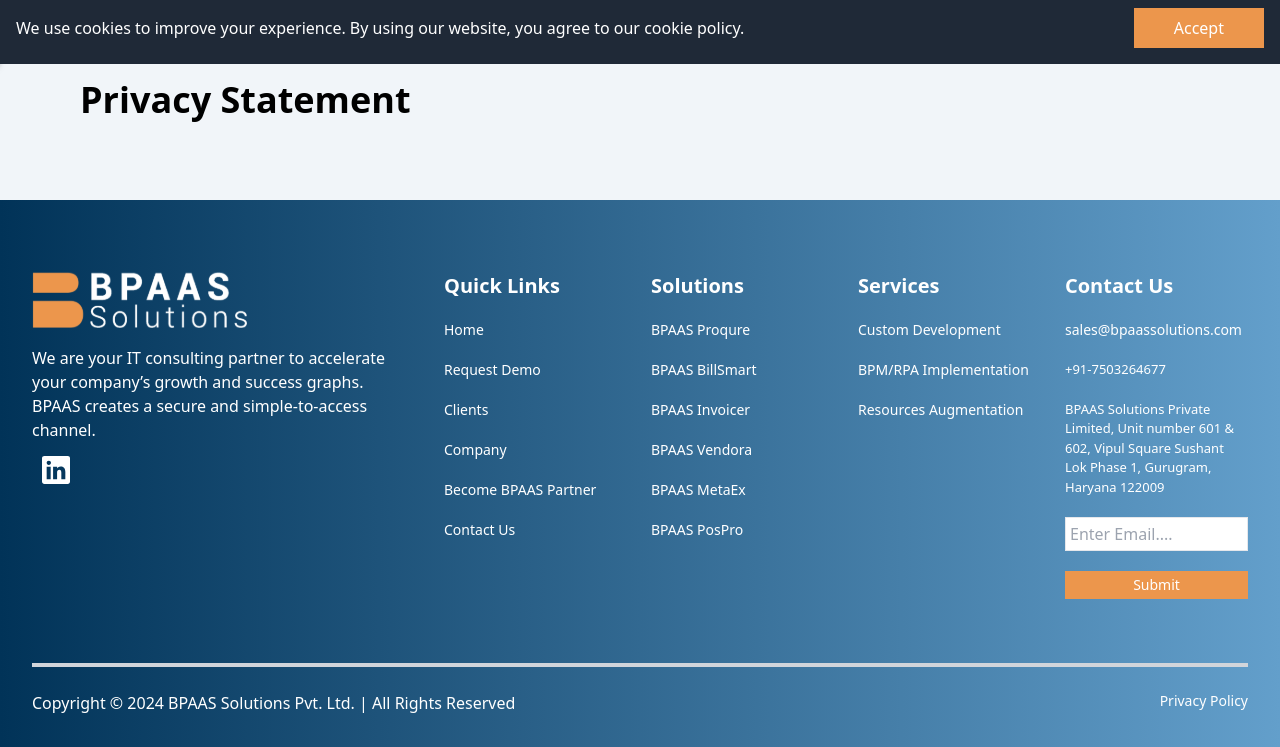
Repository: captainalpha/BP-Website
Page: /services/bp-services
The author's editor kept a copy of each file at every save. The page is drawn from the files as they stood at one save, then again after the next save.
The browser window is 1280 px wide. The pictures show the part of the page from y = 656 to 1403 px (the page is 1403 px tall).
The project was rebuilt for these pictures with package versions that can differ from the ones it lists, and the page was loaded fresh each time. The framework's server and built-in components were replaced by stand-ins that run in the browser. Also part of the build but not shown: next.config.js, components/common/TopBanner.js, components/common/SectionHeader.js.

Above is the page before, as saved 2024-08-13 15:02:39.

### pages/_app.js
import Navbar from "../components/common/Navbar";
import "../styles/globals.css";
import Footer from "../components/common/Footer";

import "swiper/css";
import "swiper/css/navigation";
import "swiper/css/pagination";



import { motion, AnimatePresence } from "framer-motion";
import CookiesMain from "../components/common/CookiesMain";

// import styles from './slider.module.scss'
function MyApp({ Component, pageProps, router }) {
  const spring = {
    type: "spring",
    damping: 20,
    stiffness: 100,
    when: "afterChildren",
  };
  return (
    <>
      <div className="z-50 scroll-smooth">
        <Navbar />
      </div>
      <AnimatePresence>
        <div className="page-transition-wrapper">
          <motion.div
            transition={spring}
            key={router.pathname}
            initial={{ y: -300, opacity: 0 }}
            animate={{ y: 0, opacity: 1 }}
            exit={{ y: 300, opacity: 0 }}
            id="page-transition-container"
          >
            <Component {...pageProps} /> <Footer />{" "}
            <CookiesMain/>
          </motion.div>
        </div>
      </AnimatePresence>
    </>
  );
}

export default MyApp;

### pages/services/bp-services.js
import TopBanner from "../../components/common/TopBanner";
import SectionHeader from "../../components/common/SectionHeader";
import TopBanner2 from "../../components/common/TopBanner2";
import Image from "next/image";

function BpServices() {
  return (
    <div>
      <div className="relative">
        <TopBanner2
          image={"/images/policy-service2.jpg"}
          title="Privacy Policy"
          discription="This Privacy Policy explains how we collect, use, disclose, and safeguard your information when you visit our website."
          btnShow={false}
        />
        <div className="absolute top-[1em] right-[10em]">
          <Image
            src="/images/privacypolicy2.png"
            className="w-1/2 mx-auto"
            width="500"
            height="500"
            alt="customer-developement"
          />
        </div>
      </div>


      <div className=" bg-slate-100  p-[5em]">
        <div className="container mx-auto">
         <div className="text-left">
            <h1 className="lg:text-4xl text-3xl font-bold capitalize ">Privacy Statement</h1>
         </div>
        </div>
      </div>
    </div>
  );
}

export default BpServices;

### styles/globals.css
@tailwind base;
@tailwind components;
@tailwind utilities;

.mySwiper {
  padding: 0 3rem;
}
.swiper-button-next {
  color: white;
  font-size: 20px !important;
}
.swiper-button-prev {
  color: white;
  font-size: 20px !important;
}
.swiper-button-prev:after {
  color: white;
  font-size: 20px !important;
}
.swiper-button-next:after {
  color: white;
  font-size: 20px !important;
}
.container-bpaas{
  max-width: 1100px;
}

/* .swiper-button-prev {

  background-image: url("data:[embedded picture, 251 characters]");
} */
.swiper-button-prev:after {

  border: 2px solid white;
  border-radius: 30%;
  /* width: 25%; */
  background: #ec964c;
  padding: 20%;
}
/* .swiper-button-next {
  background-image: url("data:[embedded picture, 251 characters]");
} */
.swiper-button-next:after {

  border: 2px solid white;
  border-radius: 30%;
  /* width: 25%; */
  background: #ec964c;
  padding: 20%;
}

@media only screen and (max-width: 600px) {
  .swiper-button-next:after {
    display: none;
  }
}
@media only screen and (max-width: 600px) {
  .swiper-button-prev:after {
    display: none;
  }
}




/*OEM Modal */
@layer utilities {
  @keyframes modalOpen {
    0% {
      clip-path: polygon(0 0, 0 0, 0 100%, 0 100%);
      opacity: 0;
    }
    100% {
      clip-path: polygon(0 0, 100% 0, 100% 100%, 0 100%);
      opacity: 1;
    }
  }

  @keyframes modalClose {
    0% {
      clip-path: polygon(0 0, 100% 0, 100% 100%, 0 100%);
      opacity: 1;
    }
    100% {
      clip-path: polygon(50% 0, 50% 0, 50% 100%, 50% 100%);
      opacity: 0;
    }
  }

  .animate-modalOpen {
    animation: modalOpen 0.5s forwards;
  }

  .animate-modalClose {
    animation: modalClose 0.5s forwards;
  }

  .custom-aspect-ratio {
    box-shadow: rgba(149, 157, 165, 0.2) 0px 8px 24px;
    aspect-ratio: 3 / 2;
  }
}

### components/common/Footer.js
import Image from "next/image";
import Link from "next/link";

export default function Footer() {
  return (
    <footer className=" bg-gradient-to-r from-primary to-secondary text-white p-5 md:p-8">
      <div className="  py-10 ">
        <div className="lg:grid lg:grid-cols-9 gap-5">
          <div className="w-full  lg:col-span-3">
            <div className=" space-y-3">
              <div className="">
                <Image
                  alt=""
                  src={require("../../assets/bpass-logo-white.svg")}
                />
              </div>

              <p className="max-w-sm mt-4 ">
                We are your IT consulting partner to accelerate your company’s
                growth and success graphs. BPAAS creates a secure and
                simple-to-access channel.
              </p>

              <div className="flex mt-4 ">
                <a
                  href="https://www.linkedin.com/company/bpaas-solutions-pvt-ltd/"
                  className="mx-2 "
                  aria-label="Linkden"
                >
                  <svg className="w-8 h-8 fill-current" viewBox="0 0 512 512">
                    <path d="M444.17,32H70.28C49.85,32,32,46.7,32,66.89V441.61C32,461.91,49.85,480,70.28,480H444.06C464.6,480,480,461.79,480,441.61V66.89C480.12,46.7,464.6,32,444.17,32ZM170.87,405.43H106.69V205.88h64.18ZM141,175.54h-.46c-20.54,0-33.84-15.29-33.84-34.43,0-19.49,13.65-34.42,34.65-34.42s33.85,14.82,34.31,34.42C175.65,160.25,162.35,175.54,141,175.54ZM405.43,405.43H341.25V296.32c0-26.14-9.34-44-32.56-44-17.74,0-28.24,12-32.91,23.69-1.75,4.2-2.22,9.92-2.22,15.76V405.43H209.38V205.88h64.18v27.77c9.34-13.3,23.93-32.44,57.88-32.44,42.13,0,74,27.77,74,87.64Z" />
                  </svg>
                </a>

                {/* <a href="/contact-us" className="mx-2 " aria-label="Facebook">
                  <svg className="w-4 h-4 fill-current" viewBox="0 0 512 512">
                    <path d="M455.27,32H56.73A24.74,24.74,0,0,0,32,56.73V455.27A24.74,24.74,0,0,0,56.73,480H256V304H202.45V240H256V189c0-57.86,40.13-89.36,91.82-89.36,24.73,0,51.33,1.86,57.51,2.68v60.43H364.15c-28.12,0-33.48,13.3-33.48,32.9V240h67l-8.75,64H330.67V480h124.6A24.74,24.74,0,0,0,480,455.27V56.73A24.74,24.74,0,0,0,455.27,32Z" />
                  </svg>
                </a>

                <a href="/contact-us" className="mx-2 " aria-label="Twitter">
                  <svg className="w-4 h-4 fill-current" viewBox="0 0 512 512">
                    <path d="M496,109.5a201.8,201.8,0,0,1-56.55,15.3,97.51,97.51,0,0,0,43.33-53.6,197.74,197.74,0,0,1-62.56,23.5A99.14,99.14,0,0,0,348.31,64c-54.42,0-98.46,43.4-98.46,96.9a93.21,93.21,0,0,0,2.54,22.1,280.7,280.7,0,0,1-203-101.3A95.69,95.69,0,0,0,36,130.4C36,164,53.53,193.7,80,211.1A97.5,97.5,0,0,1,35.22,199v1.2c0,47,34,86.1,79,95a100.76,100.76,0,0,1-25.94,3.4,94.38,94.38,0,0,1-18.51-1.8c12.51,38.5,48.92,66.5,92.05,67.3A199.59,199.59,0,0,1,39.5,405.6,203,203,0,0,1,16,404.2,278.68,278.68,0,0,0,166.74,448c181.36,0,280.44-147.7,280.44-275.8,0-4.2-.11-8.4-.31-12.5A198.48,198.48,0,0,0,496,109.5Z" />
                  </svg>
                </a> */}
              </div>
            </div>
          </div>

          <div className="mt-6 lg:mt-0 lg:flex-1 lg:col-span-6">
            <div className="grid grid-cols-2 gap-6 sm:grid-cols-3 md:grid-cols-4">
              <div className="space-y-5">
                <h3 className="text-xl font-bold ">Quick Links</h3>
                <Link passHref href="/">
                  <a className="block  text-sm  hover:underline hover:text-orange">
                    Home
                  </a>
                </Link>

                <Link passHref href="/request-demo">
                  <a className="block  text-sm  hover:underline hover:text-orange">
                    Request Demo
                  </a>
                </Link>
                <Link passHref href="/clients">
                  <a className="block  text-sm  hover:underline hover:text-orange">
                    Clients
                  </a>
                </Link>
                <Link passHref href="/about-us">
                  <a className="block  text-sm  hover:underline hover:text-orange">
                    Company
                  </a>
                </Link>
                <Link passHref href="/become-partner">
                  <a className="block  text-sm  hover:underline hover:text-orange">
                    Become BPAAS Partner
                  </a>
                </Link>
                <Link passHref href="/contact-us">
                  <a className="block  text-sm  hover:underline hover:text-orange">
                    Contact Us
                  </a>
                </Link>
              </div>

              <div className="space-y-5">
                <h3 className="text-xl font-bold">Solutions</h3>
                <Link passHref href="/solutions/bpaas-proqure">
                  <a className="block  text-sm  hover:underline hover:text-orange">
                    BPAAS Proqure
                  </a>
                </Link>
                <Link passHref href="/solutions/bpaas-billsmart">
                  <a className="block  text-sm  hover:underline hover:text-orange">
                    BPAAS BillSmart
                  </a>
                </Link>
                <Link passHref href="/solutions/bpaas-invoicer">
                  <a className="block  text-sm  hover:underline hover:text-orange">
                    BPAAS Invoicer
                  </a>
                </Link>
                <Link passHref href="/solutions/bpaas-vendora">
                  <a className="block  text-sm  hover:underline hover:text-orange">
                    BPAAS Vendora
                  </a>
                </Link>
                {/* <Link passHref href="/solutions/bpaas-smartex">
                  <a className="block  text-sm  hover:underline hover:text-orange">
                    BPAAS SmartEx
                  </a>
                </Link> */}
                <a
                  className="block  text-sm  hover:underline hover:text-orange"
                  href="https://metasolve.io/"
                  target="_blank"
                  rel="noreferrer"
                >
                  BPAAS MetaEx
                </a>
                <Link passHref href="/solutions/bpaas-pospro">
                  <a className="block  text-sm  hover:underline hover:text-orange">
                    BPAAS PosPro
                  </a>
                </Link>
              </div>

              <div className="space-y-5">
                <h3 className=" text-xl font-bold  ">Services</h3>

                <Link passHref href="/services/custom-development">
                  <a className="block  text-sm  hover:underline hover:text-orange">
                    Custom Development
                  </a>
                </Link>
                <Link passHref href="/services/bpm-rpa-implementation">
                  <a className="block  text-sm  hover:underline hover:text-orange">
                    BPM/RPA Implementation
                  </a>
                </Link>
                <Link passHref href="/services/resource-augmentation">
                  <a className="block  text-sm  hover:underline hover:text-orange">
                    Resources Augmentation
                  </a>
                </Link>
              </div>

              <div className="space-y-5">
                <h3 className=" text-xl font-bold ">Contact Us</h3>
                {/* <span className="block  text-sm  hover:underline hover:text-orange">
                  abhishek.kumar@bpaassolutions.com
                </span> */}
                <span className="block  text-sm  hover:underline hover:text-orange">
                  sales@bpaassolutions.com
                </span>
                <span className="block  text-[13px]  hover:underline hover:text-orange">
                  +91-7503264677
                </span>
                <span className="block  text-[13px]  hover:underline hover:text-orange">
                  BPAAS Solutions Private Limited, Unit number 601 & 602, Vipul
                  Square Sushant Lok Phase 1, Gurugram, Haryana 122009
                </span>
                <input
                  className="block p-1 outline-none border text-black w-full"
                  placeholder="Enter Email...."
                />
                <button className="text-sm bg-orange px-2 py-1 w-full">
                  Submit
                </button>
              </div>
            </div>
          </div>
        </div>
      </div>
      <hr className="h-1 w-full my-6 bg-gray-300 border-none " />

      <div className="flex justify-between">
        <div>
          <p className="text-center text-white">
            Copyright © 2024 BPAAS Solutions Pvt. Ltd. | All Rights Reserved
          </p>
        </div>
        <div>
          <Link passHref href="/services/bp-services">
            <a className="block  text-sm  hover:underline hover:text-orange">
            Privacy Policy
            </a>
          </Link>
        </div>
      </div>
    </footer>
  );
}

### components/common/CookiesMain.js
import { useState, useEffect } from 'react';
import Cookies from 'js-cookie';


const CookiesMain = () => {
    const [showBanner, setShowBanner] = useState(false);

  useEffect(() => {
    const consent = Cookies.get('cookie-consent');
    if (!consent) {
      setShowBanner(true);
    }
  }, []);

  const acceptCookies = () => {
    Cookies.set('cookie-consent', 'true', { expires: 365 });
    setShowBanner(false);
  };

  if (!showBanner) return null;
  return (
    <>

    <div className="fixed bottom-0 left-0 right-0 bg-gray-800 text-white p-4 flex justify-between items-center z-50">
      <span>We use cookies to improve your experience. By using our website, you agree to our cookie policy.</span>
      <button
        onClick={acceptCookies}
        className="bg-orange text-white px-4 md:px-10 py-2"
      >
        Accept
      </button>
    </div>

    </>
  )
}
export default CookiesMain

### components/common/TopBanner2.js
import Link from "next/link";
function TopBanner2({ image, title, discription, onClick,btnShow}) {
  return (
    <div
      style={{ backgroundImage: `url(${image})` }}
      className={`lg:h-[80vh] h-[60vh] mt-20 w-full text-white flex p-10 items-center bg-no-repeat bg-cover `}
    >
      <div className="space-y-4 lg:w-1/2  md:text-left">
        <h1 className="lg:text-5xl text-3xl font-bold capitalize ">{title}</h1>
        <p className="w-full lg:text-xl lg:text-justify tracking-tighter">
          {discription}
        </p>
    {btnShow&&(
        <Link passHref href="/request-demo">
          <button className="px-8 py-2  border-white border-2 hover:bg-orange font-medium text-xl">
            Request Demo
          </button>
        </Link>
    )}
      </div>
    </div>
  );
}

export default TopBanner2;

### tailwind.config.js
module.exports = {
  content: [
    "./pages/**/*.{js,ts,jsx,tsx}",
    "./components/**/*.{js,ts,jsx,tsx}",
  ],
  theme: {
    extend: {
      keyframes: {
        modalOpen: {
          '0%': { transform: 'scale(0)', opacity: 0 },
          '100%': { transform: 'scale(1)', opacity: 1 },
        },
        modalClose: {
          '0%': { transform: 'scale(1)', opacity: 1 },

        },
        fragmentIn: {
          '0%': { opacity: 0, transform: 'translate(-50px, -50px)' },
          '100%': { opacity: 1, transform: 'translate(0, 0)' },
        },
        fragmentOut: {
          '0%': { opacity: 1, transform: 'translate(0, 0)' },
          '100%': { opacity: 0, transform: 'translate(50px, 50px)' },
        },

      },
      animation: {
        modalOpen: 'modalOpen 0.5s ease-out forwards',
        modalClose: 'modalClose 0.5s ease-in forwards',
        fragmentIn: 'fragmentIn 0.5s ease-out forwards',
        fragmentOut: 'fragmentOut 0.5s ease-in forwards',
      },
      backgroundImage: {
        "testimonial-bg": "url('/img/hero-pattern.svg')",
        "testimonial-bgs": "url('/')",
      },
      colors: {
        primary: "#013358",
        secondary: "#639FCB",
        primaryText: "#1D669C",
        orange: "#EC964C",
        glassEffect:
          "linear-gradient(105.47deg, #FFFFFF -13.63%, rgba(255, 255, 255, 0) 108.8%)",
      },
      backgroundSize: {
        "size-200": "200% 200%",
      },
      backgroundPosition: {
        "pos-0": "0% 0%",
        "pos-100": "100% 100%",
      },
    },
    variants: {
      fill: ["hover", "focus"],
    },
    boxShadow: {
      "3xl": "0 35px 60px -15px rgba(0, 0, 0, 0.3)",
    },
  },
  plugins: [],
};

Loaded but not shown: components/common/Navbar.js (726 lines, source omitted)

After the next save:
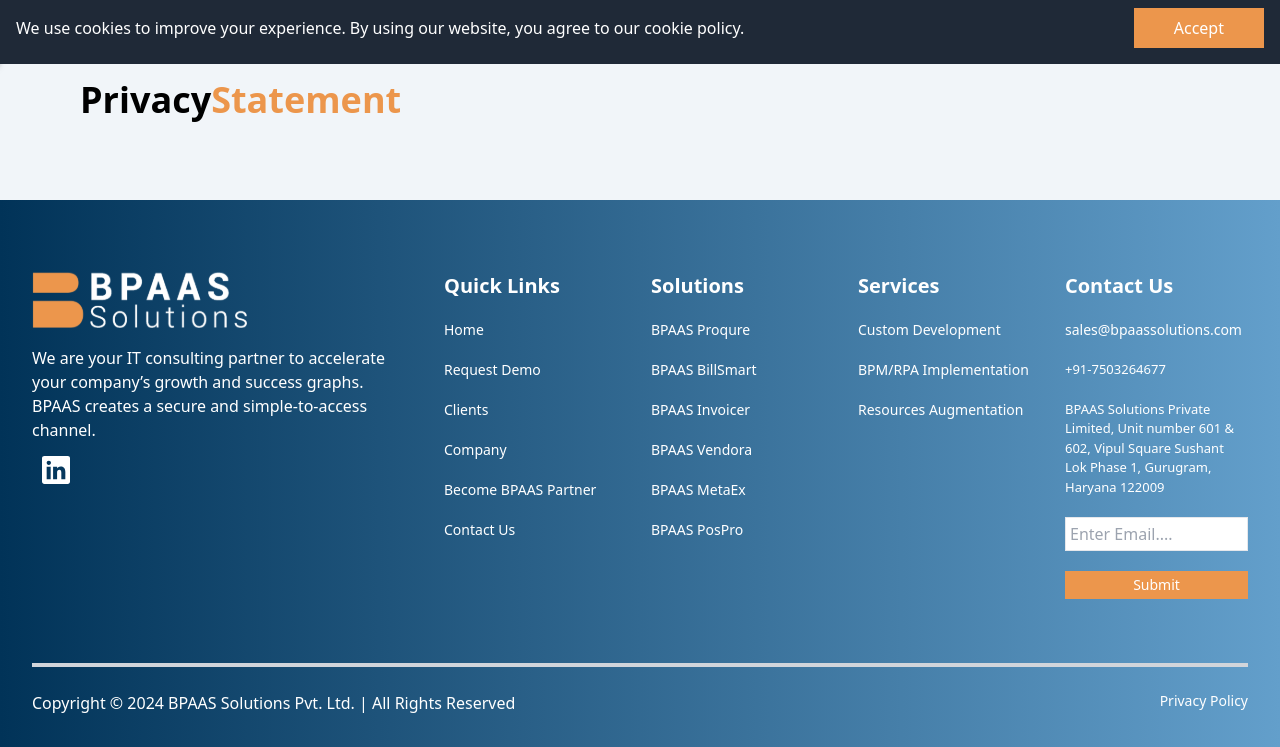
Saved 36 s later.
--- a/pages/services/bp-services.js
+++ b/pages/services/bp-services.js
@@ -28,7 +28,9 @@
       <div className=" bg-slate-100  p-[5em]">
         <div className="container mx-auto">
          <div className="text-left">
-            <h1 className="lg:text-4xl text-3xl font-bold capitalize ">Privacy Statement</h1>
+            <h1 className="lg:text-4xl text-3xl font-bold capitalize ">
+                <span>Privacy</span>
+                <span className="text-orange">Statement</span></h1>
          </div>
         </div>
       </div>
